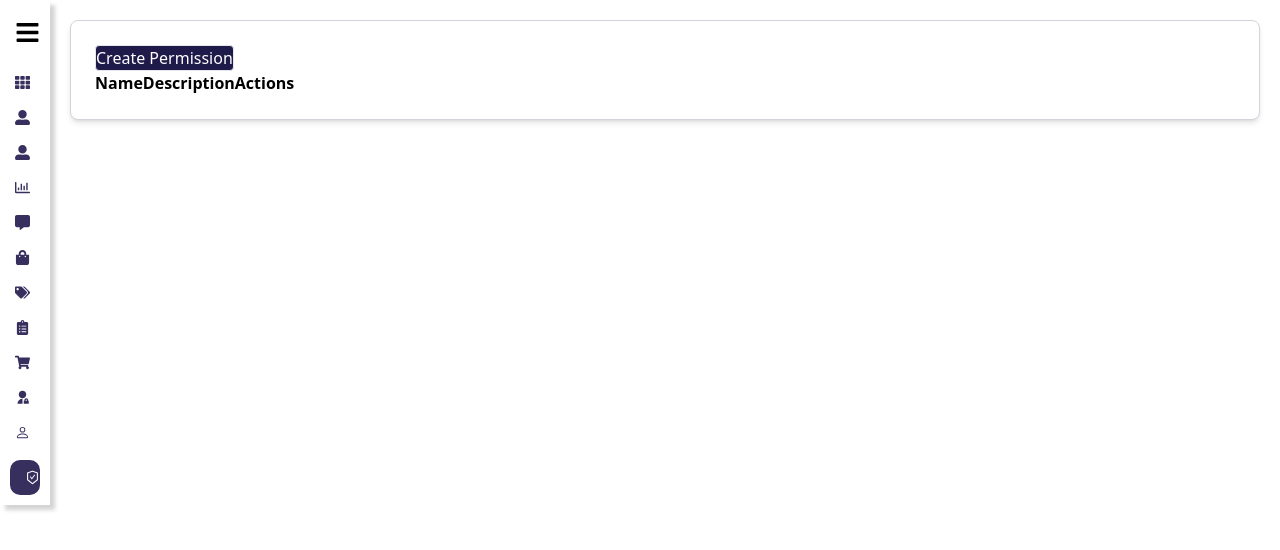
Repository: Andarg01/Admin
Page: /permission
These files come from the project's save history. The page is drawn as it stood at one moment and after the next save; the edit follows.
The browser window is 1280 px wide. The pictures show the whole page.
The page's requests for data from a server got no answer. The project was rebuilt for these pictures with package versions that can differ from the ones it lists, and the page was loaded fresh each time. No one was signed in, and anything a server would have sent is missing. Also part of the build but not shown: src/styles/analytics.css, src/pages/Analytics.tsx, src/pages/Dashboard.tsx, src/styles/productList.css, src/components/OrderModal.tsx, src/components/OrderTable.tsx, src/pages/Orders.tsx, src/components/CategoryModal.tsx and 16 more.

Above is the page before, as saved 2024-02-28 04:28:03.

After the next save:
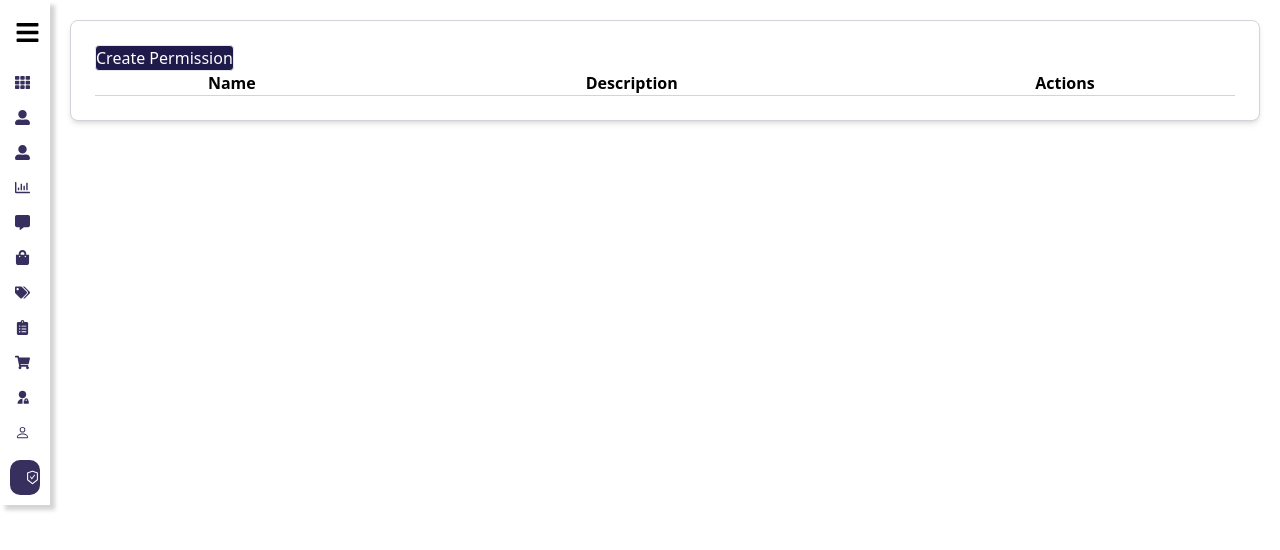
Saved 65 s later.
--- a/src/components/PermissionTable.tsx
+++ b/src/components/PermissionTable.tsx
@@ -55,7 +55,7 @@ const PermissionTable: React.FC = () => {
       onClick={handleCreate}>Create Permission</button>
 
 
-      <table>
+      <table className="min-w-full border-b border-gray-300">
         <thead>
           <tr>
             <th>Name</th>
